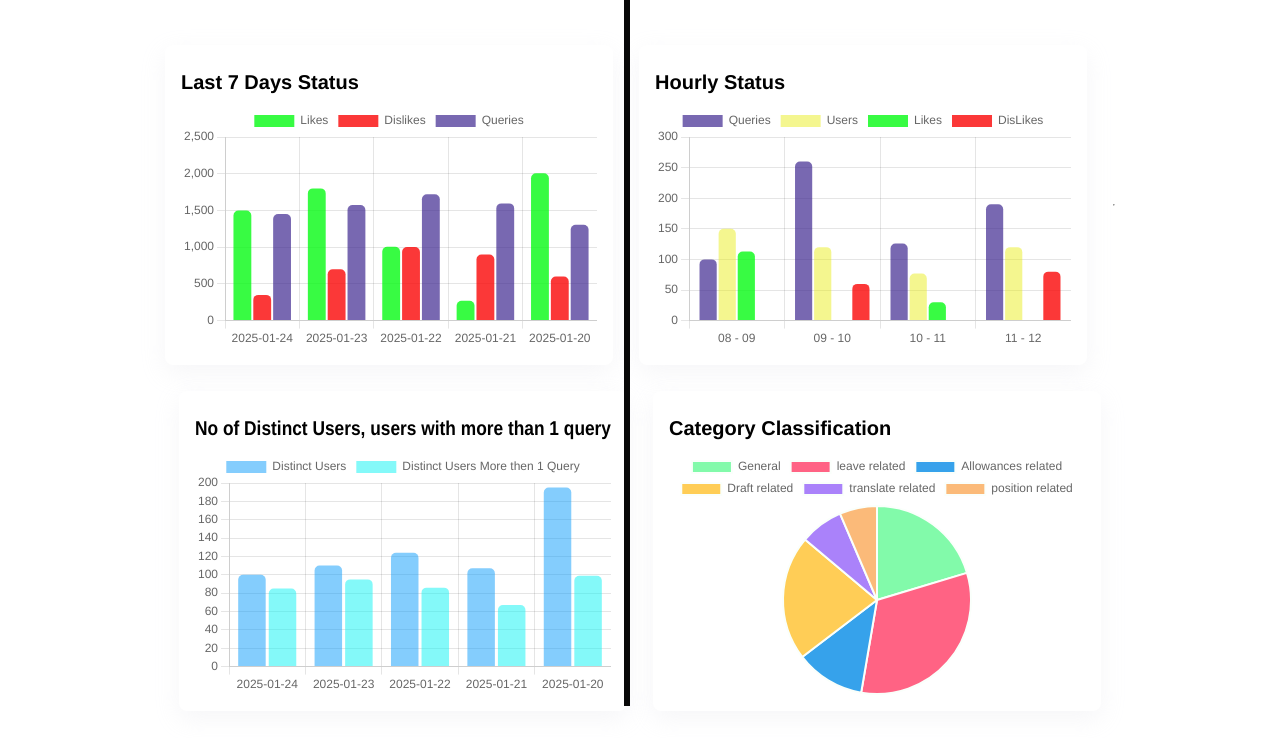
Repository: NAGARAJ-DEVELOPER/Dashboard
Page: /
The author's editor kept a copy of each file at every save. The page is drawn from the files as they stood at one save, then again after the next save.
The browser window is 1280 px wide. The pictures show the whole page.
The project was rebuilt for these pictures with package versions that can differ from the ones it lists, and the page was loaded fresh each time. Also part of the build but not shown: vite.config.js.

Above is the page before, as saved 2025-02-12 00:43:43.

### src/App.jsx
import React from "react";
import { Chart as ChartJS, defaults } from "chart.js/auto";
import { Bar, Doughnut, Line, Pie } from "react-chartjs-2";

import "./App.css";


import sourceData from "./data/sourceData.json";
import Week from "./data/7days.json";
import toady from "./data/Today.json";
import user from "./data/Users.json";
import category from "./data/Category.json";

defaults.maintainAspectRatio = false;
defaults.responsive = true;

defaults.plugins.title.display = true;
defaults.plugins.title.align = "start";
defaults.plugins.title.font.size = 20;
defaults.plugins.title.color = "black";

export const App = () => {


  return (
   <>
   <div>
    <br></br>

   </div>
    <div className="App">

        <div className="dataCard categoryCard">
        <Bar
          data={{
            labels: Week.map((data) => data.DATE1),
            datasets: [
              {
                label: "Likes",
                data: Week.map((data) => data.number_of_likes),
                backgroundColor: [
             "rgba(7, 250, 20, 0.8)",
                ],
                borderRadius: 5,
              },
              {
                label: "Dislikes",
                data: Week.map((data) => data.number_of_dislikes),
                backgroundColor: [

                  "rgba(250, 7, 7, 0.8)",

                ],
                borderRadius: 5,
              },
              {
                label: "Queries",
                data: Week.map((data) => data.number_of_ques),
                backgroundColor: [
                  "rgba(63, 40, 145, 0.7)",
                ],
                borderRadius: 5,
              },
            ],
          }}
          options={{
            plugins: {
              title: {
                text: "Last 7 Days Status",
              },
            },
          }}
        />
      </div>


      <div className="dataCard categoryCard">
        <Bar
          data={{
            labels: toady.map((data) => data.B_TIME),
            datasets: [
              {
                label: "Queries",
                data: toady.map((data) => data.C_Questions),
                backgroundColor: [
                  "rgba(63, 40, 145, 0.7)",
                ],
                borderRadius: 5,
              },
              {
                label: "Users",
                data: toady.map((data) => data.D_Users),
                backgroundColor: [

                  "rgba(231, 235, 8, 0.45)",

                ],
                borderRadius: 5,
              },
              {
                label: "Likes",
                data: toady.map((data) => data.F_Likes),
                backgroundColor: [
                  "rgba(7, 250, 20, 0.8)",
                ],
                borderRadius: 5,
              },
              {
                label: "DisLikes",
                data: toady.map((data) => data.Dis_Likes),
                backgroundColor: [
                  "rgba(250, 7, 7, 0.8)",
                ],
                borderRadius: 5,
              },
            ],
          }}
          options={{
            plugins: {
              title: {
                text: "Hourly Status",
              },
            },
          }}
        />
      </div>
      <div className="vl"></div>
      <hr></hr>
      <div className="dataCard categoryCard">
        <Bar
          data={{
            labels: user.map((data) => data.DATE1),
            datasets: [
              {
                label: "Distinct Users",
                data: user.map((data) => data.number_of_distinct_users),
                backgroundColor: 'rgba(10, 155, 252, 0.5)',
                borderRadius: 5,
              },
              {
                label: "Distinct Users More then 1 Query",
                data: user.map((data) => data.Distinct_Users_more_1query),
                backgroundColor:'rgba(10, 243, 243, 0.5)',
                borderRadius: 5,
              },
            ],
          }}
          options={{
            plugins: {
              title: {
                text: "No of Distinct Users, users with more than 1 query",
              },
            },
          }}
        />
      </div>


      <div className="dataCard categoryCard">
        <Pie
          data={{
            labels: category.map((data) => data.category),
            datasets: [
              {
                label: "Count",
                data: category.map((data) => data.COUNT_CAT),
                backgroundColor: [
                  'rgba(7, 245, 86, 0.5)',
         'rgb(255, 99, 132)',
      'rgb(54, 162, 235)',
      'rgb(255, 205, 86)',
        'rgba(86, 6, 245, 0.5)',
        'rgba(247, 129, 11, 0.55)',
                ],
                borderColor: [
                  'rgb(250, 255, 251)',
                  'rgb(250, 255, 251)',
                  'rgb(250, 255, 251)',
                  'rgb(250, 255, 251)',
                  'rgb(250, 255, 251)',
                  'rgb(250, 255, 251)',
                ],animation :Pie,
              },
            ],
          }}
          options={{
            plugins: {
              title: {
                text: "Category Classification",
              },
            },
          }}
        />
      </div>
    </div>
    </>
  );
};

### src/App.css
.App {
  height: 100vh;
  width: 100%;
  display: flex;
  flex-direction: row;
  align-items: center;
  justify-content: center;
  align-content: center;
  gap: 2vw;
  flex-wrap: wrap;
  background-color: #ffffff;
  overflow: auto;
}
.vl {
  border-left: 6px solid rgb(8, 8, 8);
  height: 98%;
  position: absolute;
  left: 49%;
  margin-left: -3px;
  top: 0;
}
.dataCard {
  background-color: #ffffff;
  border-radius: 0.5em;
  box-shadow: rgba(208, 210, 218, 0.2) 0px 8px 24px;
  padding: 1em;
}

.revenueCard {
  width: 92%;
  height: 20rem;
}

.customerCard {
  width: 50%;
  height: 20rem;
}

.categoryCard {
  width: 35%;
  height: 20rem;
}

### src/data/sourceData.json
[
  {
    "label": "Queries",
    "value": 327787
  },
  {
    "label": "Likes",
    "value": 45877
  },
  {
    "label": "Dislikes",
    "value": 238787
  }
]

### src/data/7days.json
[
    {  "DATE1": "2025-01-24", "number_of_dislikes": 350, "number_of_likes": 1500,  "number_of_ques": 1452 },
    {  "DATE1": "2025-01-23", "number_of_dislikes": 700, "number_of_likes": 1800,  "number_of_ques": 1574 },
    {  "DATE1": "2025-01-22", "number_of_dislikes": 1003, "number_of_likes": 1005,  "number_of_ques": 1720 },
    {  "DATE1": "2025-01-21", "number_of_dislikes": 900, "number_of_likes": 270,  "number_of_ques": 1596 },
    {  "DATE1": "2025-01-20", "number_of_dislikes": 600, "number_of_likes": 2005,  "number_of_ques": 1304 }
  ]

### src/data/Today.json
[
  { "A_DATE": "2025-01-27", "B_TIME": "08 - 09", "C_Questions": 100, "D_Users": 150 ,"F_Likes": 113},
  { "A_DATE": "2025-01-27",  "B_TIME": "09 - 10", "C_Questions": 260, "D_Users": 120,"Dis_Likes":60},
  { "A_DATE": "2025-01-27", "B_TIME": "10 - 11", "C_Questions": 126, "D_Users": 77, "F_Likes": 30 },
  { "A_DATE": "2025-01-27", "B_TIME": "11 - 12", "C_Questions": 190, "D_Users": 120,"Dis_Likes":80 }
]

### src/data/Users.json
[
  {  "DATE1": "2025-01-24", "number_of_distinct_users": 100, "Distinct_Users_more_1query": 85 },
  {  "DATE1": "2025-01-23", "number_of_distinct_users": 110, "Distinct_Users_more_1query": 95 },
  {  "DATE1": "2025-01-22", "number_of_distinct_users": 124, "Distinct_Users_more_1query": 86  },
  {  "DATE1": "2025-01-21", "number_of_distinct_users": 107, "Distinct_Users_more_1query": 67  },
  {  "DATE1": "2025-01-20", "number_of_distinct_users": 195, "Distinct_Users_more_1query": 99  }
]

### src/data/Category.json
[
  { "category": "General", "COUNT_CAT": 2434 },
  { "category": "leave related", "COUNT_CAT": 3870 },
  { "category": "Allowances related", "COUNT_CAT": 1430 },
  { "category": "Draft related", "COUNT_CAT": 2569 },
  { "category": "translate related", "COUNT_CAT": 891 },
  { "category": "position related", "COUNT_CAT": 770 }
]

Loaded but not shown: index.html (common file); src/main.jsx (common file); src/index.css (common file)

After the next save:
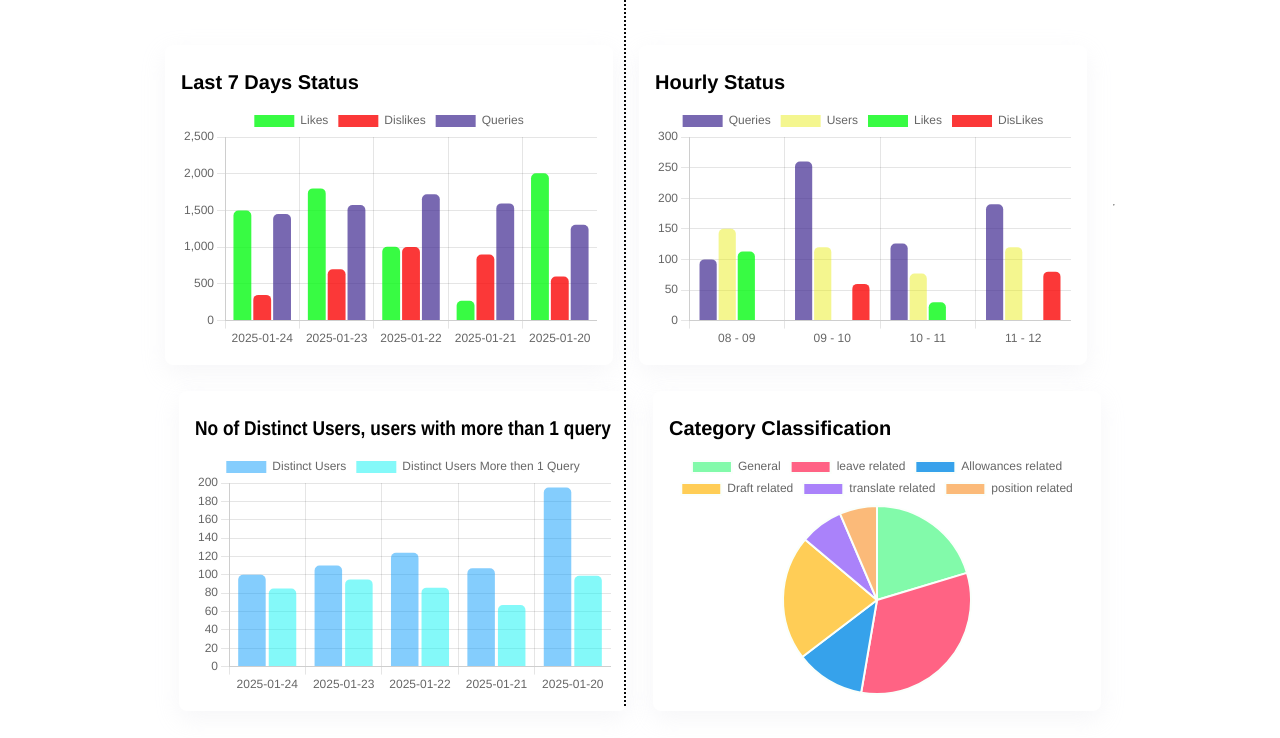
Saved 33 s later.
--- a/src/App.css
+++ b/src/App.css
@@ -12,7 +12,7 @@
   overflow: auto;
 }
 .vl {
-  border-left: 6px solid rgb(8, 8, 8);
+  border-left: 2px dotted rgb(8, 8, 8);
   height: 98%;
   position: absolute;
   left: 49%;
